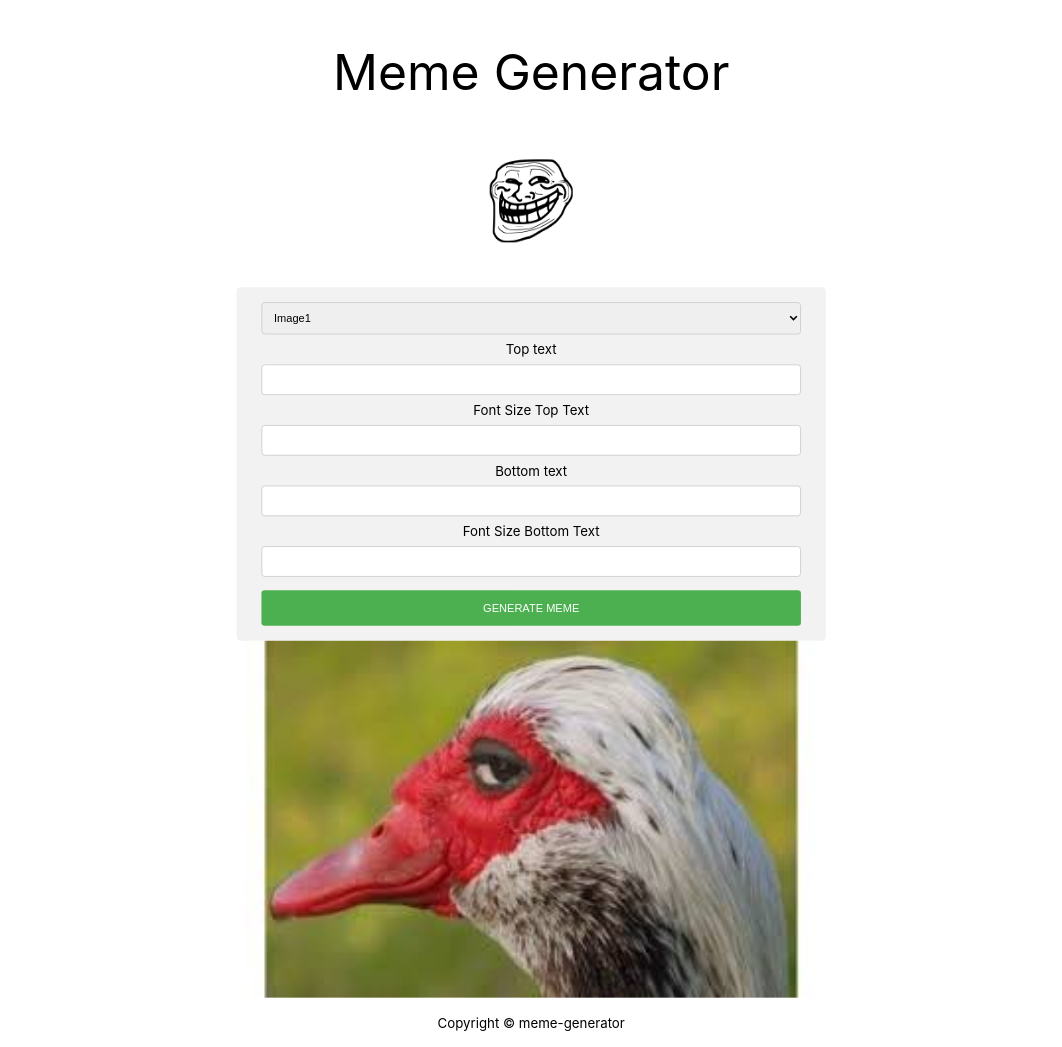
Repository: JivkoJelev91/Meme-Generator
Page: /
The author's editor kept a copy of each file at every save. The page is drawn from the files as they stood at one save, then again after the next save.
The browser window is 1280 px wide. The pictures show the whole page, at 83% of full size.
The project was rebuilt for these pictures with package versions that can differ from the ones it lists, and the page was loaded fresh each time.

Above is the page before, as saved 2018-10-11 15:00:18.

After the next save:
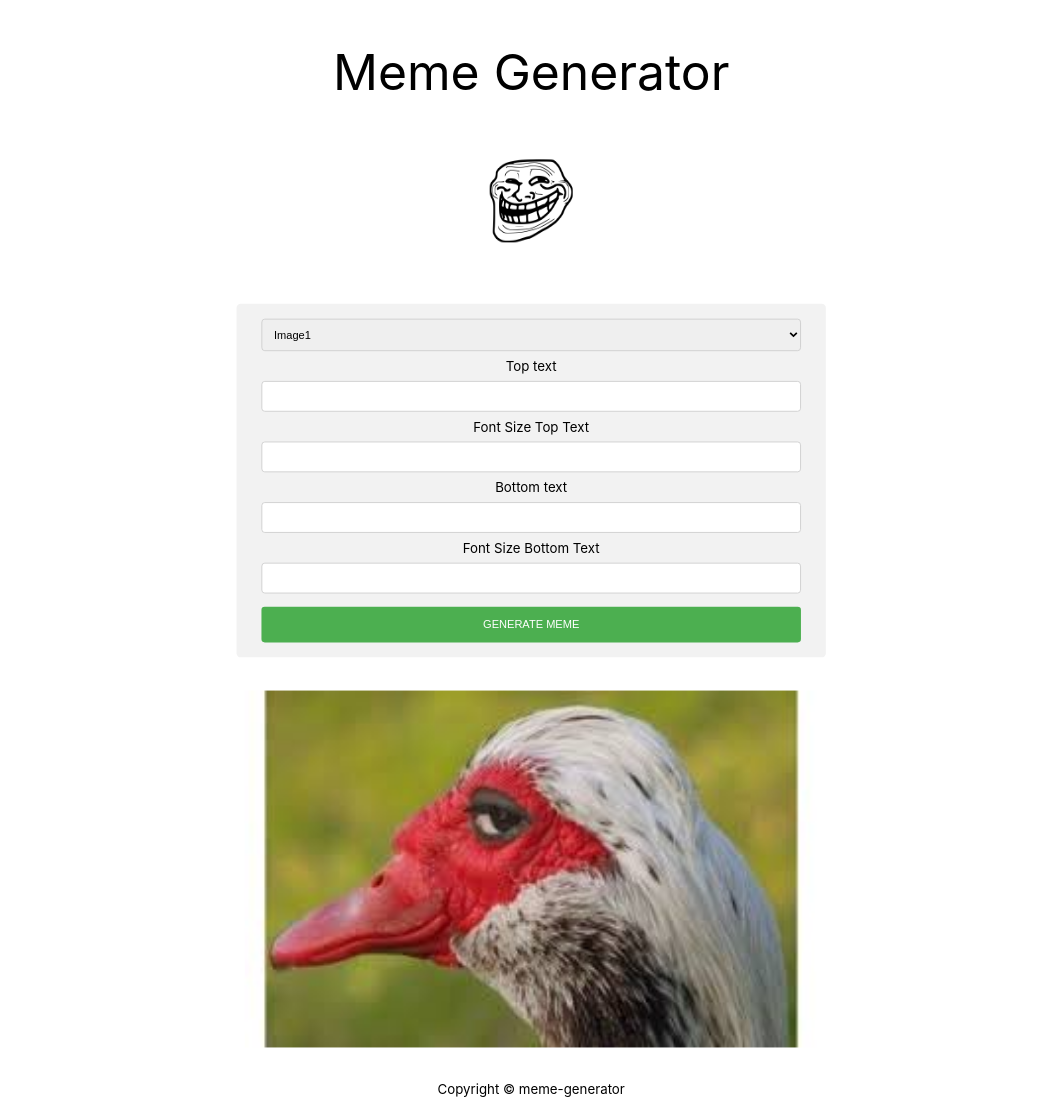
Saved 12 s later.
--- a/src/App.css
+++ b/src/App.css
@@ -56,6 +56,7 @@ input[type=text],input[type=number], select{
   border-radius: 5px;
   background-color: #f2f2f2;
   padding: 10px 30px;
+  margin:20px;
 }
 
 .pictureContainer{
@@ -65,6 +66,7 @@ input[type=text],input[type=number], select{
   width:100%;
   width: 100%;
   font-size:33px;
+  margin:20px;
 }
 
 .memePictures{
